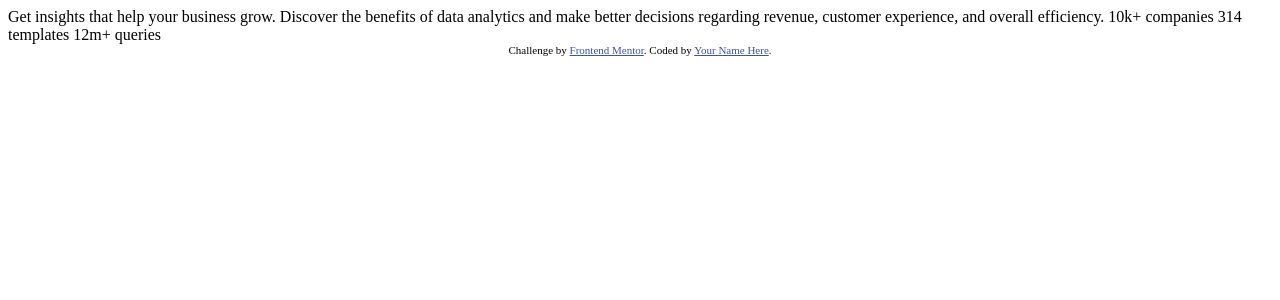
Repository: Colo-Codes/stats-preview-card-component-main
Page: index.html
An editor plug-in stored every save of this project. The page is shown before and after the next save, followed by the edit.
The browser window is 1280 px wide. The pictures show the whole page.

Above is the page before, as saved 2021-04-15 22:39:23.

After the next save:
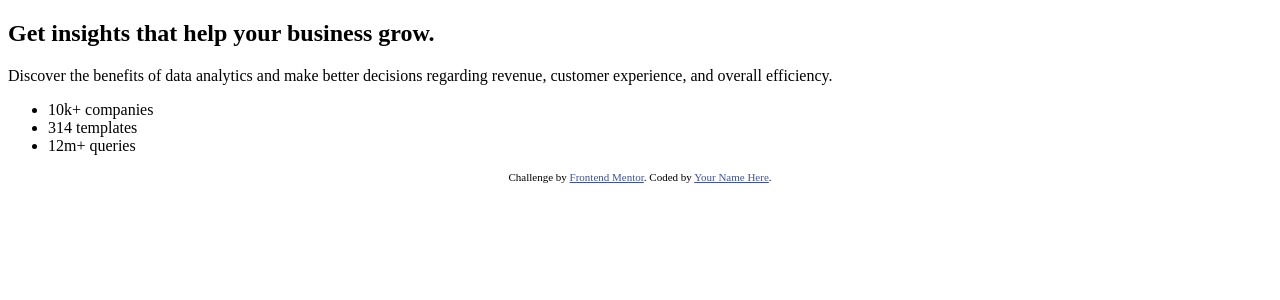
Saved 22 days later.
--- a/index.html
+++ b/index.html
@@ -1,8 +1,10 @@
 <!DOCTYPE html>
 <html lang="en">
+
 <head>
   <meta charset="UTF-8">
-  <meta name="viewport" content="width=device-width, initial-scale=1.0"> <!-- displays site properly based on user's device -->
+  <meta name="viewport" content="width=device-width, initial-scale=1.0">
+  <!-- displays site properly based on user's device -->
 
   <link rel="icon" type="image/png" sizes="32x32" href="./images/favicon-32x32.png">
 
@@ -10,24 +12,37 @@
 
   <!-- Feel free to remove these styles or customise in your own stylesheet 👍 -->
   <style>
-    .attribution { font-size: 11px; text-align: center; }
-    .attribution a { color: hsl(228, 45%, 44%); }
+    .attribution {
+      font-size: 11px;
+      text-align: center;
+    }
+
+    .attribution a {
+      color: hsl(228, 45%, 44%);
+    }
   </style>
 </head>
+
 <body>
+  <article>
+    <h1>Get insights that help your business grow.</h1>
+    <p>Discover the benefits of data analytics and make better decisions regarding revenue, customer experience, and
+      overall efficiency.</p>
+    <footer>
+      <ul>
+        <li>10k+ companies</li>
+        <li>314 templates</li>
+        <li>12m+ queries</li>
+      </ul>
+    </footer>
+  </article>
 
-  Get insights that help your business grow.
+  <footer>
+    <div class="attribution">
+      Challenge by <a href="https://www.frontendmentor.io?ref=challenge" target="_blank">Frontend Mentor</a>.
+      Coded by <a href="#">Your Name Here</a>.
+    </div>
+  </footer>
+</body>
 
-  Discover the benefits of data analytics and make better decisions regarding revenue, customer
-  experience, and overall efficiency.
-
-  10k+ companies
-  314 templates
-  12m+ queries
-
-  <div class="attribution">
-    Challenge by <a href="https://www.frontendmentor.io?ref=challenge" target="_blank">Frontend Mentor</a>.
-    Coded by <a href="#">Your Name Here</a>.
-  </div>
-</body>
 </html>
